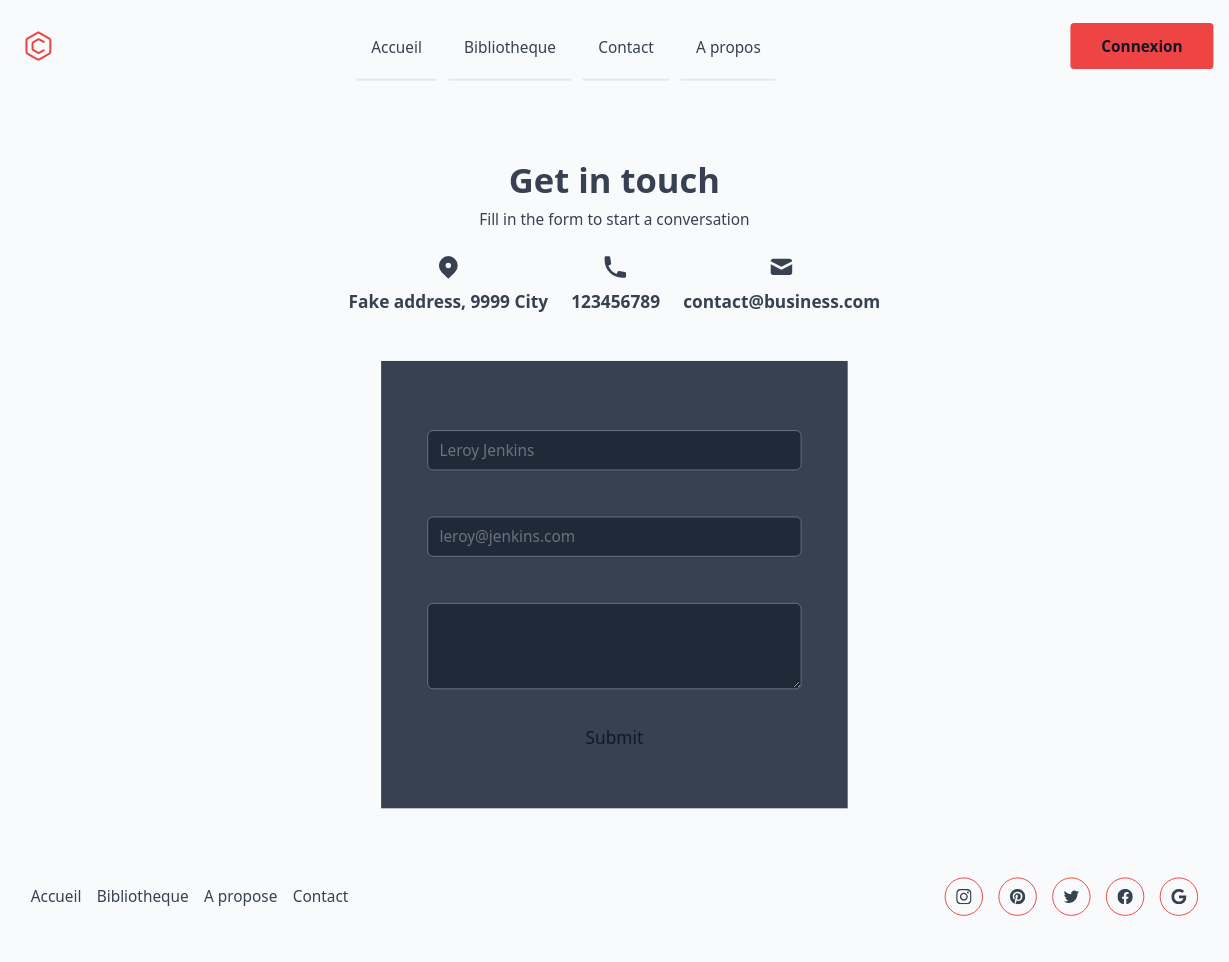
Repository: erulabs243/museum
Page: /contact
These files come from the project's save history. The page is drawn as it stood at one moment and after the next save; the edit follows.
The browser window is 1280 px wide. The pictures show the whole page, at 96% of full size.
The project was rebuilt for these pictures with package versions that can differ from the ones it lists, and the page was loaded fresh each time. Also part of the build but not shown: vite.config.js, src/pages/admin/Home.jsx, src/pages/commons/NotFound.jsx, src/components/atoms/TagBadge.jsx, src/components/atoms/MyAudioPlayer.jsx, src/components/atoms/MyVideoPlayer.jsx, src/components/atoms/MediaCard.jsx, src/components/sections/Testimonial.jsx and 16 more.

Above is the page before, as saved 2022-08-10 13:21:22.

### index.html
<!DOCTYPE html>
<html lang="en">
  <head>
    <meta charset="UTF-8" />
    <link rel="icon" type="image/svg+xml" href="/vite.svg" />
    <link rel="stylesheet" href="src/theme/App.css">
    <meta name="viewport" content="width=device-width, initial-scale=1.0" />
    <title>Museum...</title>
  </head>
  <body class="bg-gray-50">
    <div id="root"></div>
    <script type="module" src="/src/main.jsx"></script>
  </body>
</html>

### src/App.jsx
'use strict';

import {BrowserRouter, Route, Routes} from 'react-router-dom';
import { AdminRoutes, CommonsRoutes, UserRoutes, AuthRoutes } from './routes';

const App = () => {
  return (
      <BrowserRouter>
        <Routes>
          {AuthRoutes.map(route => <Route path={route.path} key={route.path} element={route.element} />)}
          {UserRoutes.map(route => <Route path={route.path} key={route.path} element={route.element} />)}
          {AdminRoutes.map(route => <Route path={route.path} key={route.path} element={route.element} />)}
          {CommonsRoutes.map(route => <Route path={route.path} key={route.path} element={route.element} />)}
        </Routes>
      </BrowserRouter>
  );
};

export default App

### src/routes/index.jsx
'use strict';

import AdminRoutes from "./AdminRoutes";
import CommonsRoutes from "./CommonsRoutes";
import UserRoutes from "./UserRoutes";
import AuthRoutes from "./AuthRoutes";

export {UserRoutes, AdminRoutes, CommonsRoutes, AuthRoutes};

### src/routes/AdminRoutes.jsx
'use strict';

import { Home } from "../pages/admin";

const AdminRoutes = [
    {
        path: '/admin',
        element: <Home />
    }
];

export default AdminRoutes;

### src/routes/CommonsRoutes.jsx
'use strict';

import {NotFound} from '../pages/commons';

const CommonsRoutes = [
    {
        path: '*',
        element: <NotFound />
    }
]

export default CommonsRoutes;

### src/routes/UserRoutes.jsx
'use strict';

import {
    About,
    Contact,
    Gallery,
    Home,
    Library,
    Podcast,
    Story,
    Testimonials,
    Videos
} from '../pages/user';

const UserRoutes = [
    {
        path: '/',
        element: <Home />
    },
    {
        path: '/contact',
        element: <Contact />
    },
    {
        path: '/library',
        element: <Library />
    },
    {
        path: '/stories',
        element: <Testimonials />
    },
    {
        path: '/stories/:slug',
        element: <Story />
    },
    {
        path: '/gallery',
        element: <Gallery />
    },
    {
        path: '/videos',
        element: <Videos />
    },
    {
        path: '/podcast',
        element: <Podcast />
    },
    {
        path: '/about',
        element: <About />
    }
];

export default UserRoutes;

### src/routes/AuthRoutes.jsx
'use strict';

import {Login} from '../pages/auth';

const AuthRoutes = [
    {
        path: '/login',
        element: <Login />
    }
];

export default AuthRoutes;

### src/pages/admin/index.jsx
'use strict';

import Home from './Home';

export {Home};

### src/pages/commons/index.jsx
'use strict';

import NotFound from './NotFound';

export {NotFound};

### src/pages/user/index.jsx
'use strict';

import Blog from './Blog';
import Contact from './Contact';
import Gallery from './Gallery';
import Library from './Library';
import Podcast from './Podcast';
import Testimonials from './Testimonials';
import Videos from './Videos';
import Home from './Home';
import Story from './Story';
import About from './About';

export { Home, Blog, Contact, Gallery, Library, Podcast, Testimonials, Videos, Story, About };

### src/pages/auth/index.jsx
'use strict';

import Login from "./Login";

export {Login};

### src/pages/user/Contact.jsx
'use strict';

import { Footer, Navbar } from '../../components/sections';

const Contact = () => {
    return (
        <main>
            <Navbar />
            <section className="py-6 bg-gray-50 text-gray-700 h-5/6">
                <div className="flex flex-col items-center px-6 mx-auto lg:px-8">
                    <div className="p-12 w-2/3">
                        <h1 className="text-4xl font-bold text-center">Get in touch</h1>
                        <p className="pt-2 pb-4 text-center">
                            Fill in the form to start a conversation
                        </p>
                        <div className="flex justify-center items-center">
                            <p className="flex flex-col justify-center items-center mx-3">
                                <svg
                                    xmlns="http://www.w3.org/2000/svg"
                                    viewBox="0 0 20 20"
                                    fill="currentColor"
                                    className="w-7 h-7 my-2">
                                    <path
                                        fillRule="evenodd"
                                        d="M5.05 4.05a7 7 0 119.9 9.9L10 18.9l-4.95-4.95a7 7 0 010-9.9zM10 11a2 2 0 100-4 2 2 0 000 4z"
                                        clipRule="evenodd"></path>
                                </svg>
                                <span className="text-lg font-semibold">
                                    Fake address, 9999 City
                                </span>
                            </p>
                            <p className="flex  flex-col justify-center items-center mx-3">
                                <svg
                                    xmlns="http://www.w3.org/2000/svg"
                                    viewBox="0 0 20 20"
                                    fill="currentColor"
                                    className="w-7 h-7 my-2">
                                    <path d="M2 3a1 1 0 011-1h2.153a1 1 0 01.986.836l.74 4.435a1 1 0 01-.54 1.06l-1.548.773a11.037 11.037 0 006.105 6.105l.774-1.548a1 1 0 011.059-.54l4.435.74a1 1 0 01.836.986V17a1 1 0 01-1 1h-2C7.82 18 2 12.18 2 5V3z"></path>
                                </svg>
                                <span className="text-lg font-semibold">123456789</span>
                            </p>
                            <p className="flex flex-col justify-center items-center mx-3">
                                <svg
                                    xmlns="http://www.w3.org/2000/svg"
                                    viewBox="0 0 20 20"
                                    fill="currentColor"
                                    className="w-7 h-7 my-2">
                                    <path d="M2.003 5.884L10 9.882l7.997-3.998A2 2 0 0016 4H4a2 2 0 00-1.997 1.884z"></path>
                                    <path d="M18 8.118l-8 4-8-4V14a2 2 0 002 2h12a2 2 0 002-2V8.118z"></path>
                                </svg>
                                <span className="text-lg font-semibold">contact@business.com</span>
                            </p>
                        </div>
                    </div>
                    <form
                        noValidate=""
                        className="flex flex-col w-2/5 py-12 space-y-6 px-12 ng-untouched ng-pristine ng-valid bg-gray-700">
                        <label className="block">
                            <span className="mb-1">Full name</span>
                            <input
                                type="text"
                                placeholder="Leroy Jenkins"
                                className="block w-full rounded-md shadow-sm focus:ring focus:ring-opacity-75 focus:ring-violet-400 bg-gray-800"
                            />
                        </label>
                        <label className="block">
                            <span className="mb-1">Email address</span>
                            <input
                                type="email"
                                placeholder="leroy@jenkins.com"
                                className="block w-full rounded-md shadow-sm focus:ring focus:ring-opacity-75 focus:ring-violet-400 bg-gray-800"
                            />
                        </label>
                        <label className="block">
                            <span className="mb-1">Message</span>
                            <textarea
                                rows="3"
                                className="block w-full rounded-md focus:ring focus:ring-opacity-75 focus:ring-violet-400 bg-gray-800"></textarea>
                        </label>
                        <button
                            type="button"
                            className="self-center px-8 py-3 text-lg rounded focus:ring hover:ring focus:ring-opacity-75 bg-violet-400 text-gray-900 focus:ring-violet-400 hover:ring-violet-400">
                            Submit
                        </button>
                    </form>
                </div>
            </section>
            <Footer />
        </main>
    );
};

export default Contact;

### src/components/sections/index.jsx
'use strict';

import Navbar from './Navbar';
import Footer from './Footer';
import Testimonial from './Testimonial';
import LibraryHeader from './LibraryHeader';
import Pagination from './Pagination';
import Article from './Article';
import Image from './Image';
import Modal from './Modal';

export { Navbar, Footer, Testimonial, LibraryHeader, Pagination, Article, Image, Modal };

### src/components/atoms/index.jsx
'use strict';

import NavLink from './headers/NavLink';
import Button from './headers/Button';
import TagBadge from './TagBadge';
import MyAudioPlayer from './MyAudioPlayer';
import MyVideoPlayer from './MyVideoPlayer';
import MediaCard from './MediaCard';

export { Button, NavLink, TagBadge, MyAudioPlayer, MyVideoPlayer, MediaCard };

### src/components/sections/Navbar.jsx
'use strict';

import { Button, NavLink } from '../atoms';

const setActiveMenu = (menu) => {
    const urlHref = window.location.href;
    let url = urlHref;
    url = url.substring(url.lastIndexOf('/') + 1);
    if (
        urlHref.includes('stories') ||
        urlHref.includes('videos') ||
        urlHref.includes('podcast') ||
        urlHref.includes('gallery')
    )
        url = 'library';

    return menu == 'home' && url == '' ? true : url.includes(menu);
};

const Navbar = () => {
    return (
        <header className="p-4 sticky top-0 bg-gray-50 text-gray-700">
            <div className="container flex justify-between h-16 mx-auto">
                <a
                    rel="noopener noreferrer"
                    href="#"
                    aria-label="Back to homepage"
                    className="flex items-center p-2">
                    <svg
                        xmlns="http://www.w3.org/2000/svg"
                        fill="currentColor"
                        viewBox="0 0 32 32"
                        className="w-8 h-8 text-red-500">
                        <path d="M27.912 7.289l-10.324-5.961c-0.455-0.268-1.002-0.425-1.588-0.425s-1.133 0.158-1.604 0.433l0.015-0.008-10.324 5.961c-0.955 0.561-1.586 1.582-1.588 2.75v11.922c0.002 1.168 0.635 2.189 1.574 2.742l0.016 0.008 10.322 5.961c0.455 0.267 1.004 0.425 1.59 0.425 0.584 0 1.131-0.158 1.602-0.433l-0.014 0.008 10.322-5.961c0.955-0.561 1.586-1.582 1.588-2.75v-11.922c-0.002-1.168-0.633-2.189-1.573-2.742zM27.383 21.961c0 0.389-0.211 0.73-0.526 0.914l-0.004 0.002-10.324 5.961c-0.152 0.088-0.334 0.142-0.53 0.142s-0.377-0.053-0.535-0.145l0.005 0.002-10.324-5.961c-0.319-0.186-0.529-0.527-0.529-0.916v-11.922c0-0.389 0.211-0.73 0.526-0.914l0.004-0.002 10.324-5.961c0.152-0.090 0.334-0.143 0.53-0.143s0.377 0.053 0.535 0.144l-0.006-0.002 10.324 5.961c0.319 0.185 0.529 0.527 0.529 0.916z"></path>
                        <path d="M22.094 19.451h-0.758c-0.188 0-0.363 0.049-0.515 0.135l0.006-0.004-4.574 2.512-5.282-3.049v-6.082l5.282-3.051 4.576 2.504c0.146 0.082 0.323 0.131 0.508 0.131h0.758c0.293 0 0.529-0.239 0.529-0.531v-0.716c0-0.2-0.11-0.373-0.271-0.463l-0.004-0.002-5.078-2.777c-0.293-0.164-0.645-0.26-1.015-0.26-0.39 0-0.756 0.106-1.070 0.289l0.010-0.006-5.281 3.049c-0.636 0.375-1.056 1.055-1.059 1.834v6.082c0 0.779 0.422 1.461 1.049 1.828l0.009 0.006 5.281 3.049c0.305 0.178 0.67 0.284 1.061 0.284 0.373 0 0.723-0.098 1.027-0.265l-0.012 0.006 5.080-2.787c0.166-0.091 0.276-0.265 0.276-0.465v-0.716c0-0.293-0.238-0.529-0.529-0.529z"></path>
                    </svg>
                </a>
                <ul className="items-stretch hidden space-x-3 lg:flex">
                    <li className="flex">
                        <NavLink
                            link={{ name: 'Accueil', path: '', active: setActiveMenu('home') }}
                        />
                    </li>
                    <li className="flex">
                        <NavLink
                            link={{
                                name: 'Bibliotheque',
                                path: 'stories',
                                active: setActiveMenu('library')
                            }}
                        />
                    </li>
                    <li className="flex">
                        <NavLink
                            link={{
                                name: 'Contact',
                                path: 'contact',
                                active: setActiveMenu('contact')
                            }}
                        />
                    </li>
                    <li className="flex">
                        <NavLink
                            link={{
                                name: 'A propos',
                                path: 'about',
                                active: setActiveMenu('about')
                            }}
                        />
                    </li>
                </ul>
                <div className="items-center flex-shrink-0 hidden lg:flex">
                    {/* <button className="self-center px-8 py-3 rounded">Sign in</button> */}
                    <Button link={{ name: 'Connexion' }} />
                </div>
                <button className="p-4 lg:hidden">
                    <svg
                        xmlns="http://www.w3.org/2000/svg"
                        fill="none"
                        viewBox="0 0 24 24"
                        stroke="currentColor"
                        className="w-6 h-6 text-gray-100">
                        <path
                            strokeLinecap="round"
                            strokeLinejoin="round"
                            strokeWidth="2"
                            d="M4 6h16M4 12h16M4 18h16"></path>
                    </svg>
                </button>
            </div>
        </header>
    );
};

export default Navbar;

### src/components/atoms/headers/NavLink.jsx
'use strict';

import { Link } from 'react-router-dom';

const NavLink = ({ link = {} }) => {
  return (
    <Link
      rel="noopener noreferrer"
      to={`/${link.path}`}
      className={
        link.active
          ? 'flex items-center px-4 -mb-1 border-b-2 dark:border-transparent dark:text-red-500 dark:border-red-500'
          : 'flex items-center px-4 -mb-1 border-b-2 dark:border-transparent'
      }>
      {link.name}
    </Link>
  );
};

export default NavLink;

### src/components/atoms/headers/Button.jsx
'use strict';

const Button = ({ link = {} }) => {
  return (
    <button className="self-center px-8 py-3 font-semibold rounded bg-red-500 text-gray-900">
      {link.name}
    </button>
  );
};

export default Button;

Loaded but not shown: src/main.jsx (common file); src/theme/App.css (2450 lines, source omitted); src/components/sections/Footer.jsx (105 lines, source omitted)

After the next save:
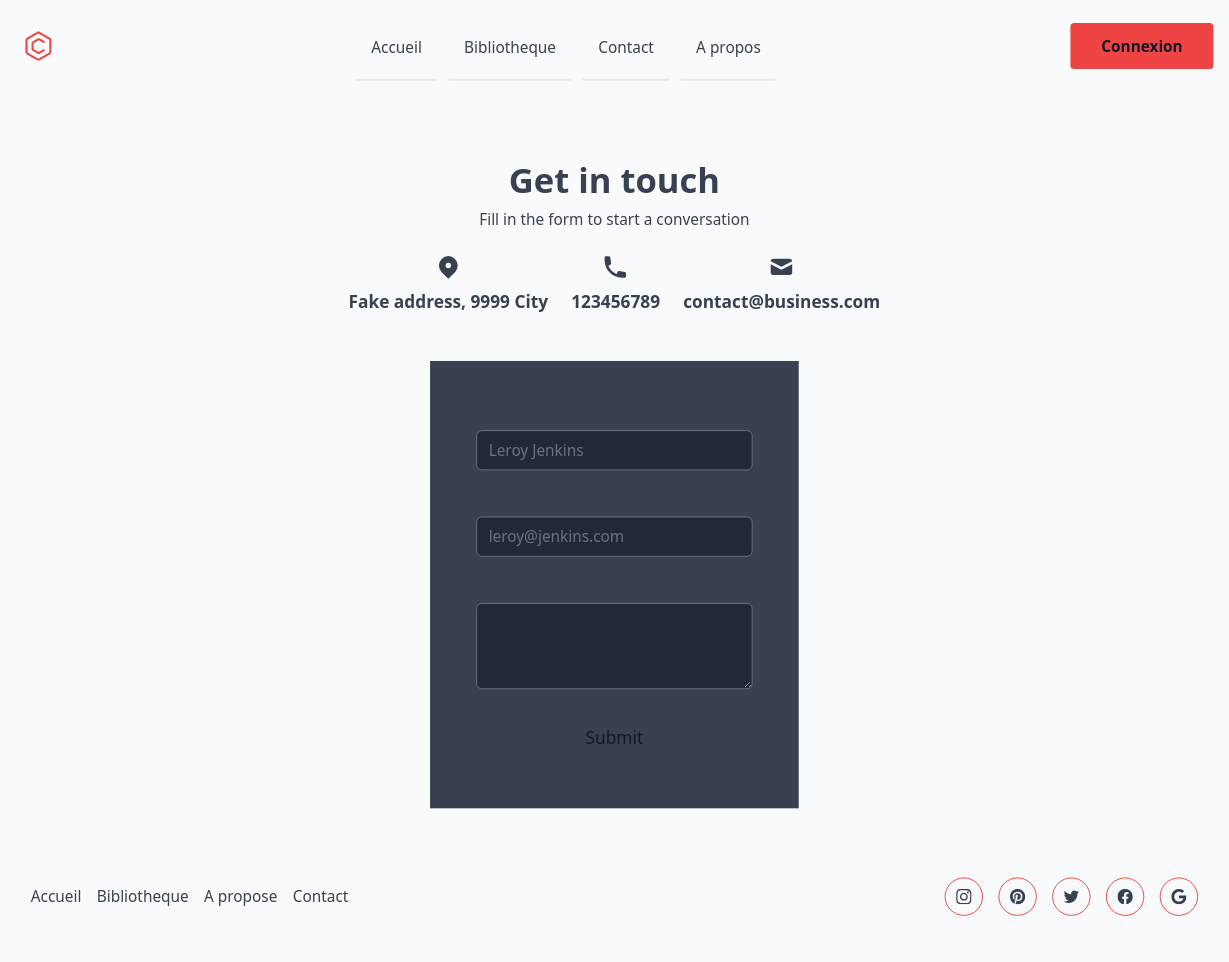
Saved 5 s later.
--- a/src/pages/user/Contact.jsx
+++ b/src/pages/user/Contact.jsx
@@ -54,7 +54,7 @@
                     </div>
                     <form
                         noValidate=""
-                        className="flex flex-col w-2/5 py-12 space-y-6 px-12 ng-untouched ng-pristine ng-valid bg-gray-700">
+                        className="flex flex-col w-96 py-12 space-y-6 px-12 ng-untouched ng-pristine ng-valid bg-gray-700">
                         <label className="block">
                             <span className="mb-1">Full name</span>
                             <input

After the save that followed:
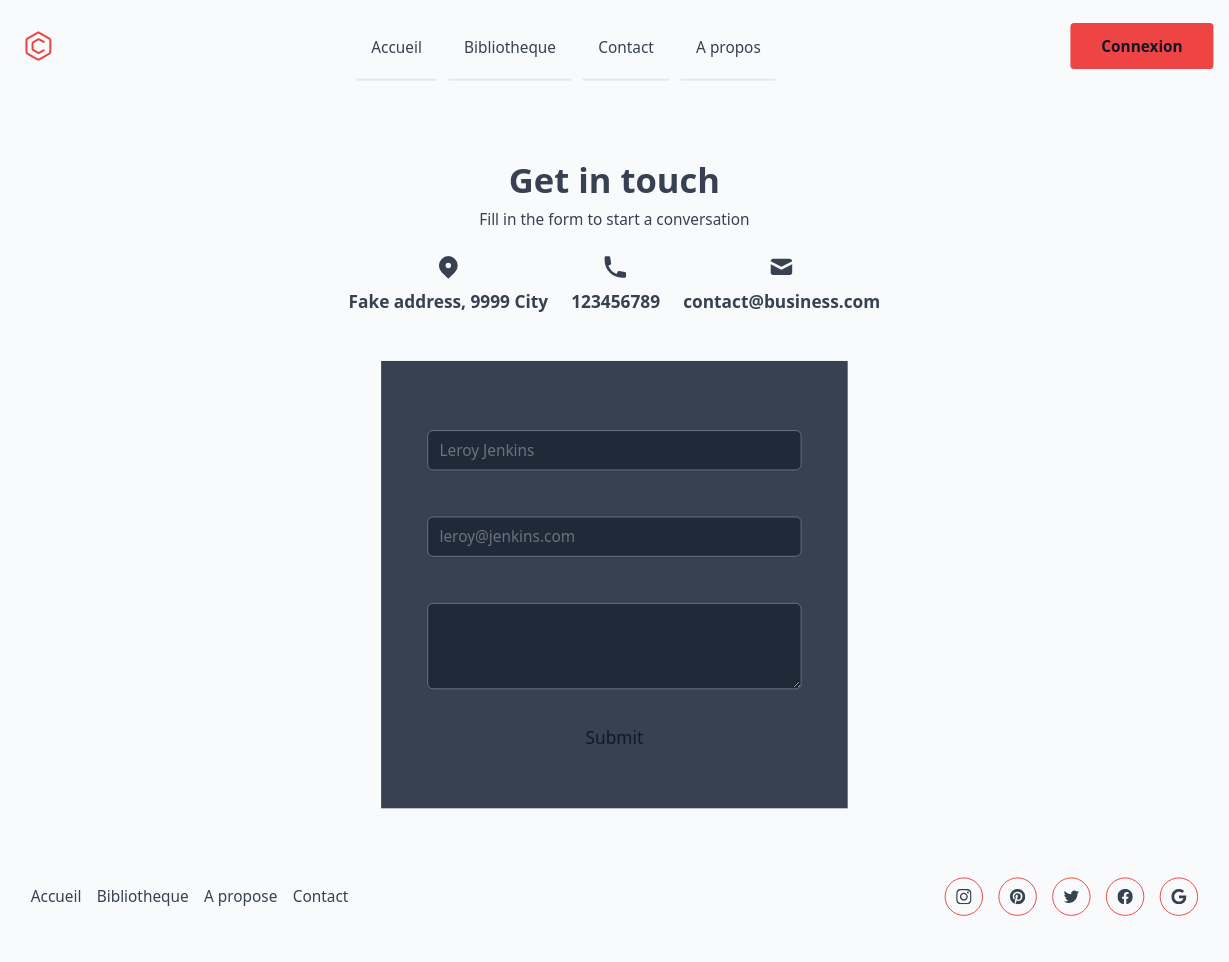
Saved 4 s later.
--- a/src/pages/user/Contact.jsx
+++ b/src/pages/user/Contact.jsx
@@ -54,7 +54,7 @@
                     </div>
                     <form
                         noValidate=""
-                        className="flex flex-col w-96 py-12 space-y-6 px-12 ng-untouched ng-pristine ng-valid bg-gray-700">
+                        className="flex flex-col w-2/5 py-12 space-y-6 px-12 ng-untouched ng-pristine ng-valid bg-gray-700">
                         <label className="block">
                             <span className="mb-1">Full name</span>
                             <input
